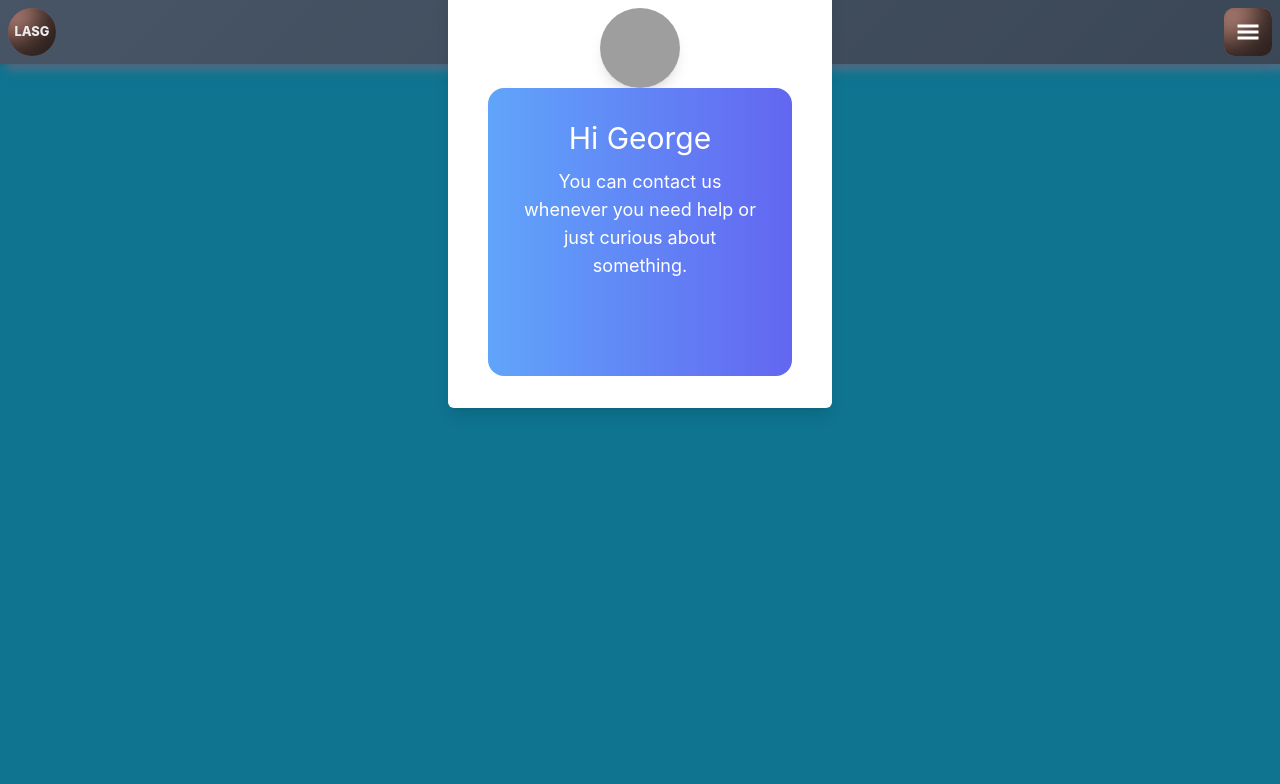
Repository: ShindanoSingi/LA-Swahili-Group
Page: /contact (app in client/)
An editor plug-in stored every save of this project. The page is shown before and after the next save, followed by the edit.
The browser window is 1280 px wide. The pictures show the whole page.
Pictures or frames that could not be fetched are drawn as grey boxes. The project was rebuilt for these pictures with package versions that can differ from the ones it lists, and the page was loaded fresh each time. Also part of the build but not shown: client/src/pages/error/Error.css, client/src/pages/error/Error.js, client/src/pages/home/Home.js, client/src/pages/about/About.js, client/src/pages/login/Login.js, client/src/pages/userDashBoard/UserDashBoard.js, client/src/pages/superUsersDashBoard/SuperUsersDashBoard.js, client/src/pages/register/Register.js and 2 more.

Above is the page before, as saved 2024-02-12 00:57:15.

After the next save:
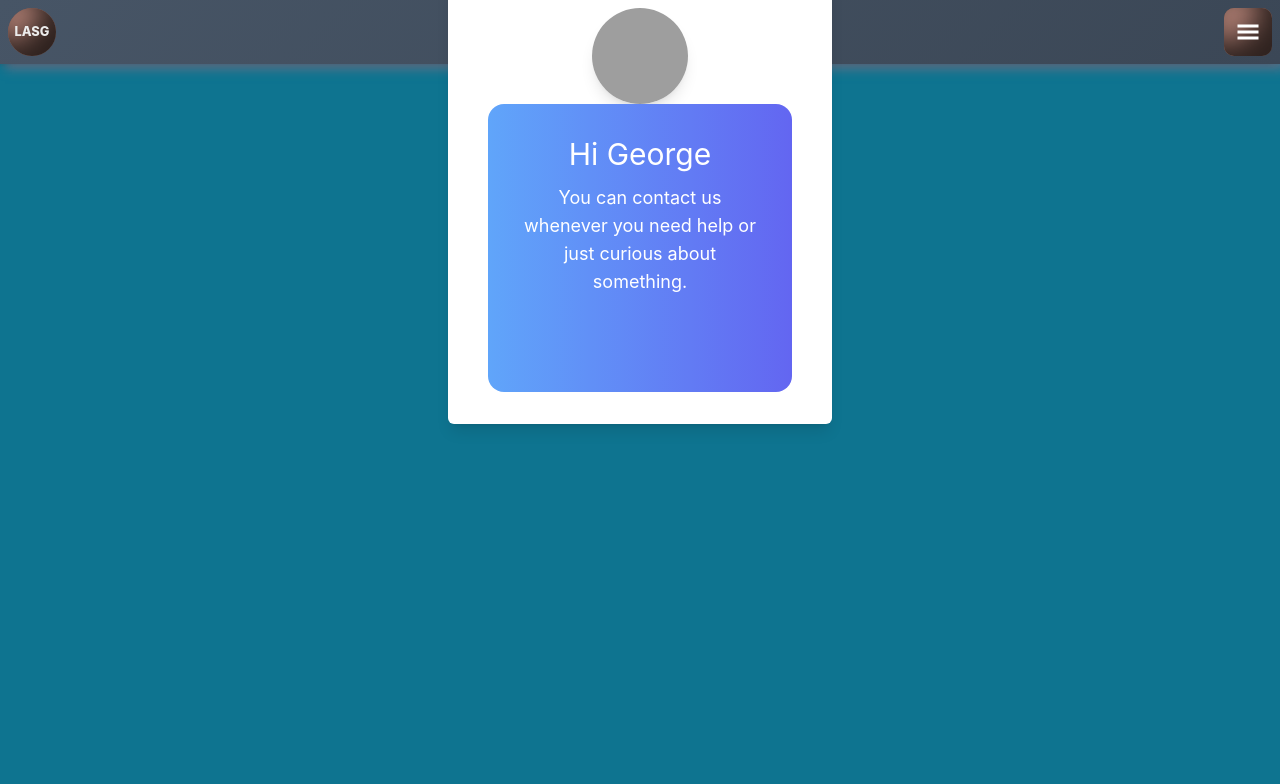
Saved 47 s later.
--- a/client/src/pages/contact/Contact.js
+++ b/client/src/pages/contact/Contact.js
@@ -6,7 +6,7 @@ function Contact() {
 
                         <div className="bg-white py-8 px-10 text-center rounded-md shadow-lg sm:-translate-y-24 max-w-sm w-full mx-auto">
                               <img
-                                    className="w-20 h-20 object-cover rounded-full mx-auto shadow-lg"
+                                    className="w-24 h-24 object-cover rounded-full mx-auto shadow-lg"
                                     src="https://images.unsplash.com/photo-1611342799915-5dd9f1665d04?ixid=MXwxMjA3fDB8MHxwaG90by1wYWdlfHx8fGVufDB8fHw%3D&ixlib=rb-1.2.1&auto=format&fit=crop&w=1350&q=80"
                                     alt="User avatar"
                               />
